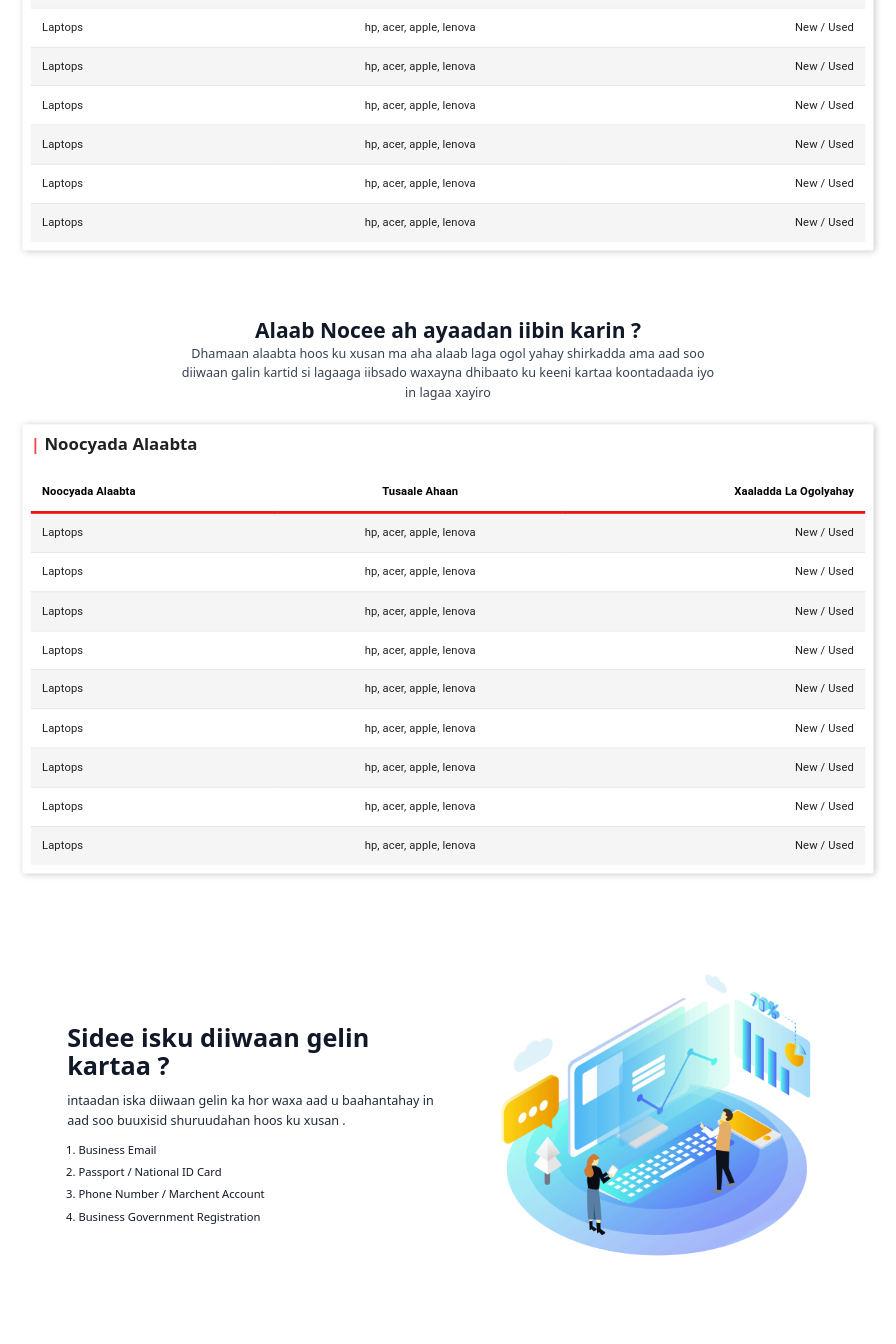
Repository: muraadso/Muraadso-Sellers
Page: /
These files come from the project's save history. The page is drawn as it stood at one moment and after the next save; the edit follows.
The browser window is 1280 px wide. The pictures show the part of the page from y = 2720 to 4640 px (the page is 4640 px tall), at 70% of full size.
The project was rebuilt for these pictures with package versions that can differ from the ones it lists, and the page was loaded fresh each time. The framework's server and built-in components were replaced by stand-ins that run in the browser. Also part of the build but not shown: next.config.js.

Above is the page before, as saved 2021-12-08 08:46:29.

After the next save:
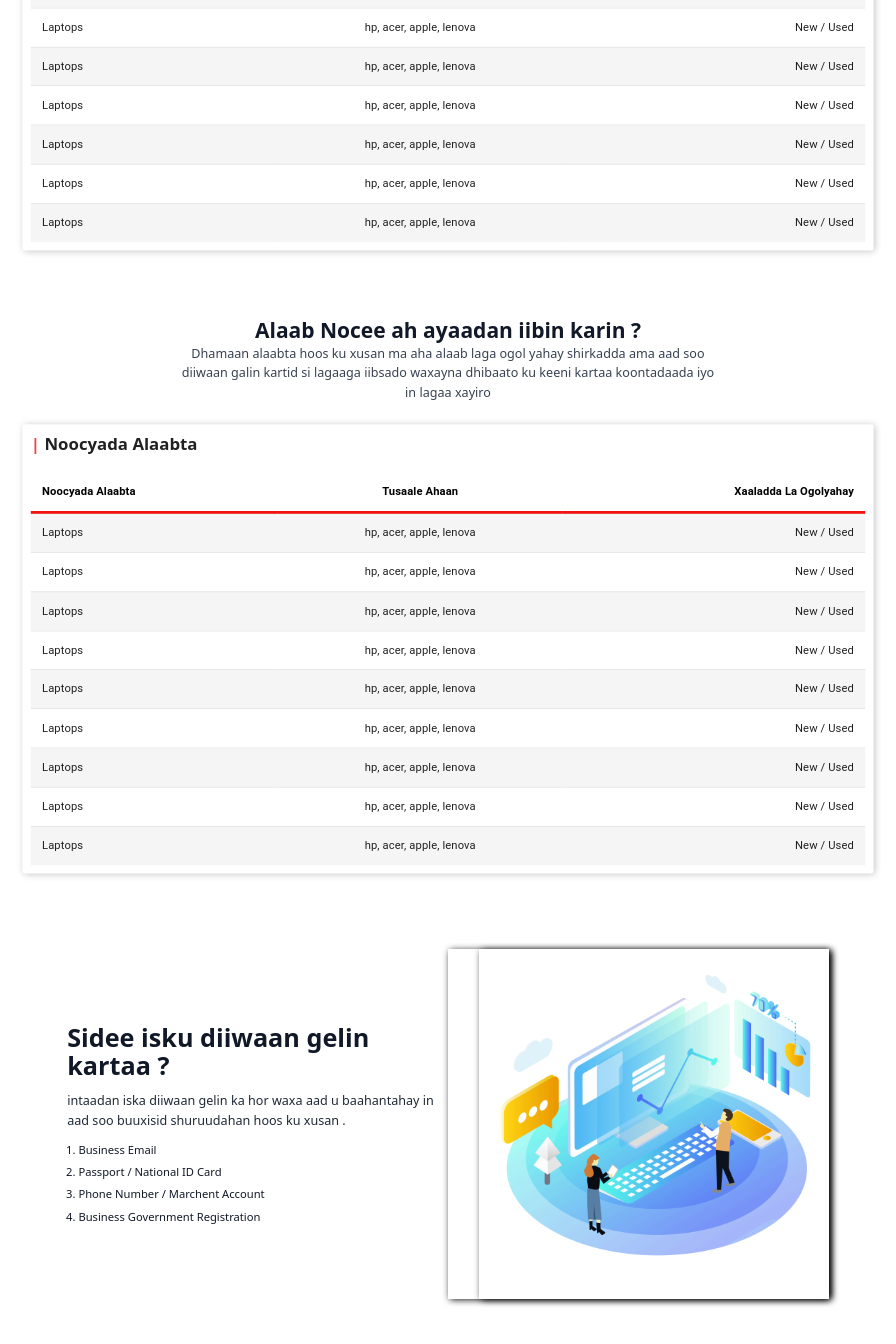
Saved 94 s later.
--- a/styles/globals.css
+++ b/styles/globals.css
@@ -33,6 +33,7 @@ a {
   }
   .regimage{
     height: 500px;
+    box-shadow: 3px 1px 10px black;
   }
 
 
